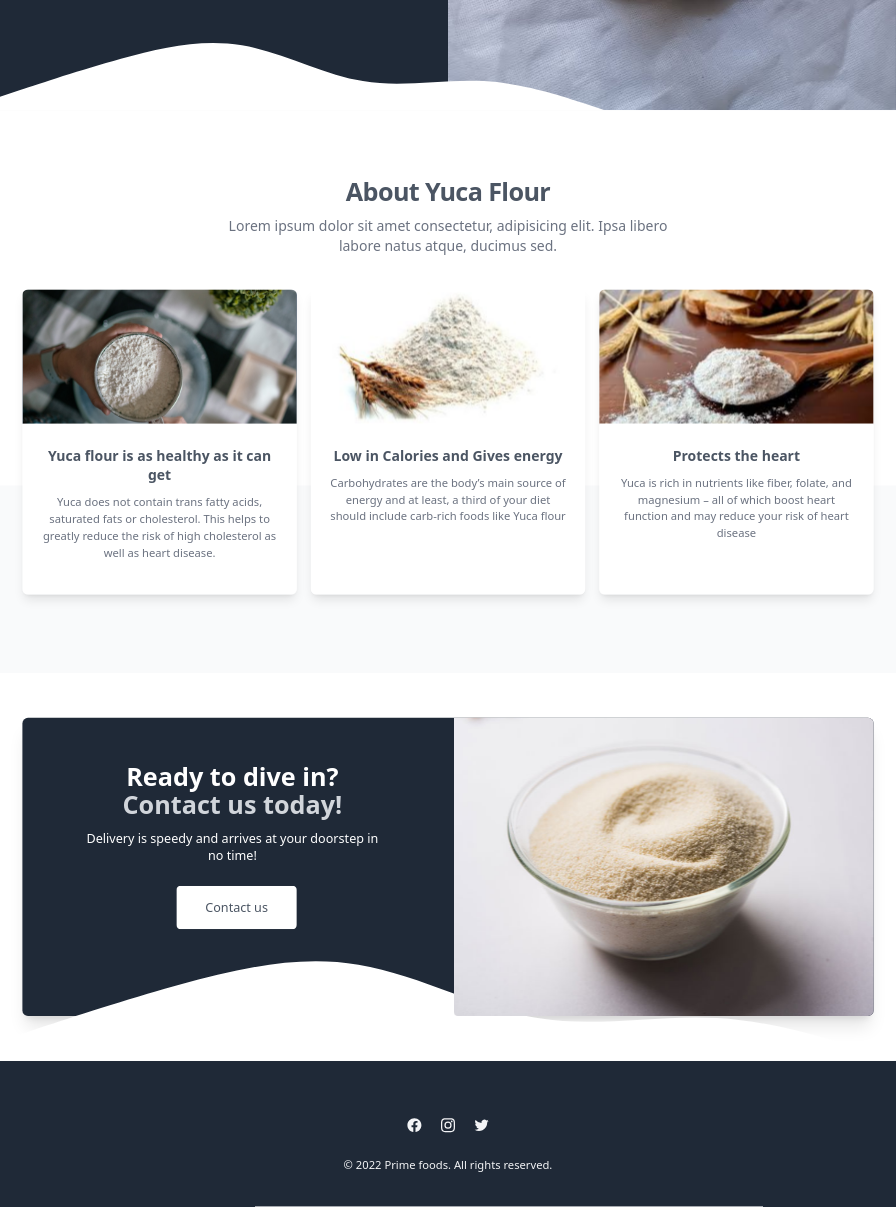
Repository: bellatrick/prime-foods
Page: /
The author's editor kept a copy of each file at every save. The page is drawn from the files as they stood at one save, then again after the next save.
The browser window is 1280 px wide. The pictures show the part of the page from y = 588 to 2488 px (the page is 2312 px tall before and 3164 px after), at 70% of full size.
Pictures or frames that could not be fetched are drawn as grey boxes. Some web fonts or font styles are not loaded; a fallback is used. The project was rebuilt for these pictures with package versions that can differ from the ones it lists, and the page was loaded fresh each time.

Above is the page before, as saved 2022-05-01 12:33:33.

### public/index.html
<!DOCTYPE html>
<html lang="en">
  <head>
    <meta charset="utf-8" />
    <link rel="icon" href="%PUBLIC_URL%/favicon.ico" />
    <meta name="viewport" content="width=device-width, initial-scale=1" />
    <meta name="theme-color" content="#000000" />
    <meta
      name="description"
      content="Web site created using create-react-app"
    />
    <link rel="apple-touch-icon" href="%PUBLIC_URL%/logo192.png" />
    <link rel="preconnect" href="https://fonts.googleapis.com" />
    <link rel="preconnect" href="https://fonts.gstatic.com" crossorigin />
    <link
      href="https://fonts.googleapis.com/css2?family=Dancing+Script:wght@400;500;600;700&family=Inter:wght@100;200;300;400;500;700;900&family=Kavoon&display=swap"
      rel="stylesheet"
    />
    <!--
      manifest.json provides metadata used when your web app is installed on a
      user's mobile device or desktop. See https://developers.google.com/web/fundamentals/web-app-manifest/
    -->
    <link rel="manifest" href="%PUBLIC_URL%/manifest.json" />
    <!--
      Notice the use of %PUBLIC_URL% in the tags above.
      It will be replaced with the URL of the `public` folder during the build.
      Only files inside the `public` folder can be referenced from the HTML.

      Unlike "/favicon.ico" or "favicon.ico", "%PUBLIC_URL%/favicon.ico" will
      work correctly both with client-side routing and a non-root public URL.
      Learn how to configure a non-root public URL by running `npm run build`.
    -->
    <title>React App</title>
  </head>
  <body>
    <noscript>You need to enable JavaScript to run this app.</noscript>
    <div id="root"></div>
    <!--
      This HTML file is a template.
      If you open it directly in the browser, you will see an empty page.

      You can add webfonts, meta tags, or analytics to this file.
      The build step will place the bundled scripts into the <body> tag.

      To begin the development, run `npm start` or `yarn start`.
      To create a production bundle, use `npm run build` or `yarn build`.
    -->
  </body>
</html>

### src/App.js
import Hero from './components/Hero'
import Features from './components/Features'
import Cta from './components/Cta'
import Footer from './components/Footer'
import Content from './components/Content'
import './App.css';

function App() {
  return (
    <div className="App">
     <Hero/>
     <Features/>
     <Cta/>
     <Footer/>
    </div>
  );
}

export default App;

### src/components/Hero.jsx
import { Popover } from "@headlessui/react";
import img1 from "../assets/img7.jpg";
import logo from "../assets/prime.jpg";
import Fade from "react-reveal/Fade";

export default function Example() {
  return (
    <div className="relative bg-gray-800">
      <Popover className="relative bg-white shadow">
        <div className="max-w-7xl mx-auto px-4 sm:px-6">
          <div className="flex justify-between items-center py-6  md:space-x-10">
            <div className="flex justify-start lg:w-0 lg:flex-1">
              <img
                src={logo}
                alt=""
                className="h-12 w-auto sm:h-12 object-fill"
              />
            </div>
            <div className="flex gap-8 text-white font-bold cursor-pointer  ">
              <a
                className="hover:bg-gray-400 hover:text-white w-32 py-2 text-white bg-gray-800 rounded-md"
                href="#About"
              >
                About{" "}
              </a>
              <a
                className="hover:bg-gray-400 hover:text-white w-32 py-2 text-white bg-gray-800 rounded-md"
                href="#contact-us"
              >
                Contact us
              </a>
            </div>
          </div>
        </div>
      </Popover>

      <main className="lg:relative">
        <div className="mx-auto max-w-7xl w-full pt-16 pb-20 text-center lg:py-48 lg:text-left">
          <div className="px-4 lg:w-1/2 sm:px-8 xl:pr-16">
            <Fade left opposite>
              <h1 className="text-4xl tracking-tight font-extrabold text-white sm:text-5xl md:text-6xl lg:text-5xl xl:text-6xl">
                <span className="block xl:inline">Yuca Flour</span>{" "}
              </h1>
            </Fade>
            <Fade right opposite>
              <p className="mt-3 max-w-md mx-auto text-lg text-gray-100 sm:text-xl md:mt-5 md:max-w-3xl">
                Yuca flour is a product of cassava. It is nutrient dense and
                provides all the nourishment your body needs to be fortified.
              </p>
            </Fade>

            <div className="mt-10 flex justify-center lg:justify-start">
              <div className="mt-3 sm:mt-0 sm:ml-3">
                <a
                  href="#About"
                  className="w-72 z-10 flex items-center justify-center px-8 py-2 border border-transparent text-base font-medium rounded-md hover:bg-gray-900 text-white bg-gray-400  cursor-pointer md:py-4 md:text-lg md:px-10"
                >
                  Learn more
                </a>
              </div>
            </div>
          </div>
        </div>

        <Fade bottom opposite>
          <div className="relative w-full h-64 sm:h-72 md:h-96 lg:absolute lg:inset-y-0 lg:right-0 lg:w-1/2 lg:h-full">
            <img
              className="absolute inset-0 w-full h-full object-cover"
              src={img1}
              alt=""
            />
          </div>
        </Fade>
      </main>

      <div className="absolute bottom-0 left-0 right-0 w-full">
        <svg
          xmlns="http://www.w3.org/2000/svg"
          viewBox="0 0 1440 320"
          className="h-48  z-0"
        >
          <path
            fill="#fff"
            fill-opacity="1"
            d="M0,288L48,272C96,256,192,224,288,197.3C384,171,480,149,576,165.3C672,181,768,235,864,250.7C960,267,1056,245,1152,250.7C1248,256,1344,288,1392,304L1440,320L1440,320L1392,320C1344,320,1248,320,1152,320C1056,320,960,320,864,320C768,320,672,320,576,320C480,320,384,320,288,320C192,320,96,320,48,320L0,320Z"
          ></path>
        </svg>
      </div>
    </div>
  );
}

### src/components/Features.jsx
import img1 from "../assets/img2.jpg";
import img2 from "../assets/img3.png";
import img3 from "../assets/img4.jfif";
import Fade from "react-reveal/Fade";
const posts = [
  {
    title: "Yuca flour is as healthy as it can get",
    description:
      "Yuca does not contain trans fatty acids, saturated fats or cholesterol. This helps to greatly reduce the risk of high cholesterol as well as heart disease.",
    imageUrl: img2,
  },
  {
    title: " Low in Calories and Gives energy",
    description:
      "Carbohydrates are the body’s main source of energy and at least, a third of your diet should include carb-rich foods like Yuca flour",
    imageUrl: img1,

  },
  {
    title: "Protects the heart",
    description:
      "Yuca is rich in nutrients like fiber, folate, and magnesium – all of which boost heart function and may reduce your risk of heart disease",
    imageUrl: img3,
  },
];

export default function Example() {
  return (
    <div className="relative bg-gray-50 pt-16 pb-20 px-4 sm:px-6 lg:pt-24 lg:pb-28 lg:px-8" id='About'>
      <div className="absolute inset-0">
        <div className="bg-white h-1/3 sm:h-2/3" />
      </div>
      <div className="relative max-w-7xl mx-auto">
        <div className="text-center">
          <h2 className="text-3xl tracking-tight font-extrabold text-gray-600 sm:text-4xl">
            About Yuca Flour
          </h2>
          <p className="mt-3 max-w-2xl mx-auto text-xl text-gray-500 sm:mt-4">
            Lorem ipsum dolor sit amet consectetur, adipisicing elit. Ipsa
            libero labore natus atque, ducimus sed.
          </p>
        </div>
        <>
          <div className="mt-12 max-w-lg mx-auto grid gap-5 lg:grid-cols-3 lg:max-w-none">
            {posts.map((post) => (
              <Fade cascade opposite left>
                <div
                  key={post.title}
                  className="flex flex-col rounded-lg shadow-lg overflow-hidden"
                >
                  <div className="flex-shrink-0">
                    <img
                      className="h-48 w-full object-cover"
                      src={post.imageUrl}
                      alt="feature img"
                    />
                  </div>
                  <div className="flex-1 bg-white p-6 flex flex-col justify-between">
                    <div className="flex-1">
                      <a href={post.href} className="block mt-2">
                        <p className="text-xl font-semibold text-gray-600">
                          {post.title}
                        </p>
                        <p className="mt-3 text-base text-gray-500">
                          {post.description}
                        </p>
                      </a>
                    </div>
                    <div className="mt-6 flex items-center"></div>
                  </div>
                </div>
              </Fade>
            ))}
          </div>
        </>
      </div>
    </div>
  );
}

### src/components/Cta.jsx
import img1 from "../assets/img9.jpg";
import Slide from "react-reveal/Slide";
import Fade from "react-reveal/Fade";
export default function Example() {
  return (
    <div className="bg-white relative" id="contact-us">
         <div className="absolute bottom-0 left-0 right-0">
        <svg xmlns="http://www.w3.org/2000/svg" viewBox="0 0 1440 320">
          <path
            fill="#fff"
            fill-opacity="1"
            d="M0,288L48,272C96,256,192,224,288,197.3C384,171,480,149,576,165.3C672,181,768,235,864,250.7C960,267,1056,245,1152,250.7C1248,256,1344,288,1392,304L1440,320L1440,320L1392,320C1344,320,1248,320,1152,320C1056,320,960,320,864,320C768,320,672,320,576,320C480,320,384,320,288,320C192,320,96,320,48,320L0,320Z"
          ></path>
        </svg>
      </div>
      <div className="max-w-7xl mx-auto py-16 px-4 sm:px-6 lg:px-8">
        <div className="bg-gray-800 rounded-lg shadow-xl overflow-hidden lg:grid lg:grid-cols-2 lg:gap-4">
          <div className="pt-6 pb-12 px-6 sm:pt-10 sm:px-16 lg:py-16 lg:pr-0 xl:py-16 xl:px-20">
            <div className="lg:self-center">
              <h2 className="text-2xl font-extrabold text-white sm:text-4xl">
                <Fade left>
                  <span className="block">Ready to dive in?</span>
                </Fade>
                <Fade right>
                  {" "}
                  <span className="block text-gray-300">Contact us today!</span>
                </Fade>
              </h2>
              <Slide left>
                {" "}
                <p className="mt-4 text-lg leading-6 text-white">
                  Delivery is speedy and arrives at your doorstep in no time!
                </p>
              </Slide>
              <Slide left>
                <div className="mt-4 flex justify-center sm:mt-8 sm:ml-3 cursor-pointer">
                  <a
                    href={`https://wa.me/${'+2348108932677'}/?text=${'Hello, i just got off your website and i would like to...'}`}
                    rel="noreferrer"
                    className=" flex items-center justify-center px-8 py-3 border border-transparent text-base font-medium rounded-md bg-white text-gray-600 hover:bg-gray-400 hover:text-white cursor-pointer md:py-4 md:text-lg md:px-10"
                  >
                    Contact us
                  </a>
                </div>
              </Slide>
            </div>
          </div>{" "}
          <div className="-mt-6 aspect-w-5 aspect-h-3 md:aspect-w-2 md:aspect-h-1">
            <Slide right>
              <img
                className="transform translate-x-6 translate-y-6 rounded-md object-cover object-left-top sm:translate-x-16 lg:translate-y-20"
                src={img1}
                alt="App screenshot"
              />
            </Slide>
          </div>
        </div>
      </div>

    </div>
  );
}

### src/components/Footer.jsx
/* This example requires Tailwind CSS v2.0+ */
const navigation = {
    social: [
      {
        name: 'Facebook',
        href: '#',
        icon: (props) => (
          <svg fill="currentColor" viewBox="0 0 24 24" {...props}>
            <path
              fillRule="evenodd"
              d="M22 12c0-5.523-4.477-10-10-10S2 6.477 2 12c0 4.991 3.657 9.128 8.438 9.878v-6.987h-2.54V12h2.54V9.797c0-2.506 1.492-3.89 3.777-3.89 1.094 0 2.238.195 2.238.195v2.46h-1.26c-1.243 0-1.63.771-1.63 1.562V12h2.773l-.443 2.89h-2.33v6.988C18.343 21.128 22 16.991 22 12z"
              clipRule="evenodd"
            />
          </svg>
        ),
      },
      {
        name: 'Instagram',
        href: '#',
        icon: (props) => (
          <svg fill="currentColor" viewBox="0 0 24 24" {...props}>
            <path
              fillRule="evenodd"
              d="M12.315 2c2.43 0 2.784.013 3.808.06 1.064.049 1.791.218 2.427.465a4.902 4.902 0 011.772 1.153 4.902 4.902 0 011.153 1.772c.247.636.416 1.363.465 2.427.048 1.067.06 1.407.06 4.123v.08c0 2.643-.012 2.987-.06 4.043-.049 1.064-.218 1.791-.465 2.427a4.902 4.902 0 01-1.153 1.772 4.902 4.902 0 01-1.772 1.153c-.636.247-1.363.416-2.427.465-1.067.048-1.407.06-4.123.06h-.08c-2.643 0-2.987-.012-4.043-.06-1.064-.049-1.791-.218-2.427-.465a4.902 4.902 0 01-1.772-1.153 4.902 4.902 0 01-1.153-1.772c-.247-.636-.416-1.363-.465-2.427-.047-1.024-.06-1.379-.06-3.808v-.63c0-2.43.013-2.784.06-3.808.049-1.064.218-1.791.465-2.427a4.902 4.902 0 011.153-1.772A4.902 4.902 0 015.45 2.525c.636-.247 1.363-.416 2.427-.465C8.901 2.013 9.256 2 11.685 2h.63zm-.081 1.802h-.468c-2.456 0-2.784.011-3.807.058-.975.045-1.504.207-1.857.344-.467.182-.8.398-1.15.748-.35.35-.566.683-.748 1.15-.137.353-.3.882-.344 1.857-.047 1.023-.058 1.351-.058 3.807v.468c0 2.456.011 2.784.058 3.807.045.975.207 1.504.344 1.857.182.466.399.8.748 1.15.35.35.683.566 1.15.748.353.137.882.3 1.857.344 1.054.048 1.37.058 4.041.058h.08c2.597 0 2.917-.01 3.96-.058.976-.045 1.505-.207 1.858-.344.466-.182.8-.398 1.15-.748.35-.35.566-.683.748-1.15.137-.353.3-.882.344-1.857.048-1.055.058-1.37.058-4.041v-.08c0-2.597-.01-2.917-.058-3.96-.045-.976-.207-1.505-.344-1.858a3.097 3.097 0 00-.748-1.15 3.098 3.098 0 00-1.15-.748c-.353-.137-.882-.3-1.857-.344-1.023-.047-1.351-.058-3.807-.058zM12 6.865a5.135 5.135 0 110 10.27 5.135 5.135 0 010-10.27zm0 1.802a3.333 3.333 0 100 6.666 3.333 3.333 0 000-6.666zm5.338-3.205a1.2 1.2 0 110 2.4 1.2 1.2 0 010-2.4z"
              clipRule="evenodd"
            />
          </svg>
        ),
      },
      {
        name: 'Twitter',
        href: '#',
        icon: (props) => (
          <svg fill="currentColor" viewBox="0 0 24 24" {...props}>
            <path d="M8.29 20.251c7.547 0 11.675-6.253 11.675-11.675 0-.178 0-.355-.012-.53A8.348 8.348 0 0022 5.92a8.19 8.19 0 01-2.357.646 4.118 4.118 0 001.804-2.27 8.224 8.224 0 01-2.605.996 4.107 4.107 0 00-6.993 3.743 11.65 11.65 0 01-8.457-4.287 4.106 4.106 0 001.27 5.477A4.072 4.072 0 012.8 9.713v.052a4.105 4.105 0 003.292 4.022 4.095 4.095 0 01-1.853.07 4.108 4.108 0 003.834 2.85A8.233 8.233 0 012 18.407a11.616 11.616 0 006.29 1.84" />
          </svg>
        ),
      },
    ],
  }

  export default function Example() {
    return (
      <footer className="bg-gray-800">
        <div className="max-w-7xl mx-auto py-12 px-4 overflow-hidden sm:px-6 lg:px-8">
          <div className="mt-8 flex justify-center space-x-6">
            {navigation.social.map((item) => (
              <a key={item.name} href={item.href} className="text-gray-100 hover:text-gray-200">
                <span className="sr-only">{item.name}</span>
                <item.icon className="h-6 w-6" aria-hidden="true" />
              </a>
            ))}
          </div>
          <p className="mt-8 text-center text-base text-gray-100">&copy; 2022 Prime foods. All rights reserved.</p>
        </div>
      </footer>
    )
  }

### tailwind.config.js
module.exports = {
  content: ["./src/**/*.{js,jsx,ts,tsx}"],
  theme: {
    extend: {
      colors: {
        primary: "#do380c",
      },
      fontFamily: {
        body: ["Inter", "sans-serif"],
        logo: ["Dancing Script", "cursive"],
      },
    },
  },
  plugins: [],
};

### src/components/Content.jsx

  export default function Example() {
    return (
      <div className="relative bg-white py-16 sm:py-24">
        <div className="lg:mx-auto lg:max-w-7xl lg:px-8 lg:grid lg:grid-cols-2 lg:gap-24 lg:items-start">
          <div className="relative sm:py-16 lg:py-0">
            <div aria-hidden="true" className="hidden sm:block lg:absolute lg:inset-y-0 lg:right-0 lg:w-screen">
              <div className="absolute inset-y-0 right-1/2 w-full bg-gray-50 rounded-r-3xl lg:right-72" />
              <svg
                className="absolute top-8 left-1/2 -ml-3 lg:-right-8 lg:left-auto lg:top-12"
                width={404}
                height={392}
                fill="none"
                viewBox="0 0 404 392"
              >
                <defs>
                  <pattern
                    id="02f20b47-fd69-4224-a62a-4c9de5c763f7"
                    x={0}
                    y={0}
                    width={20}
                    height={20}
                    patternUnits="userSpaceOnUse"
                  >
                    <rect x={0} y={0} width={4} height={4} className="text-gray-200" fill="currentColor" />
                  </pattern>
                </defs>
                <rect width={404} height={392} fill="url(#02f20b47-fd69-4224-a62a-4c9de5c763f7)" />
              </svg>
            </div>
            <div className="relative mx-auto max-w-md px-4 sm:max-w-3xl sm:px-6 lg:px-0 lg:max-w-none lg:py-20">
              {/* Testimonial card*/}
              <div className="relative pt-64 pb-10 rounded-2xl shadow-xl overflow-hidden">
                <img
                  className="absolute inset-0 h-full w-full object-cover"
                  src="https://images.unsplash.com/photo-1521510895919-46920266ddb3?ixid=MXwxMjA3fDB8MHxwaG90by1wYWdlfHx8fGVufDB8fHw%3D&ixlib=rb-1.2.1&auto=format&fit=crop&fp-x=0.5&fp-y=0.6&fp-z=3&width=1440&height=1440&sat=-100"
                  alt=""
                />
                <div className="absolute inset-0 bg-indigo-500 mix-blend-multiply" />
                <div className="absolute inset-0 bg-gradient-to-t from-indigo-600 via-indigo-600 opacity-90" />
                <div className="relative px-8">
                  <div>
                    <img
                      className="h-12"
                      src="https://tailwindui.com/img/logos/workcation.svg?color=white"
                      alt="Workcation"
                    />
                  </div>
                  <blockquote className="mt-8">
                    <div className="relative text-lg font-medium text-white md:flex-grow">
                      <svg
                        className="absolute top-0 left-0 transform -translate-x-3 -translate-y-2 h-8 w-8 text-indigo-400"
                        fill="currentColor"
                        viewBox="0 0 32 32"
                        aria-hidden="true"
                      >
                        <path d="M9.352 4C4.456 7.456 1 13.12 1 19.36c0 5.088 3.072 8.064 6.624 8.064 3.36 0 5.856-2.688 5.856-5.856 0-3.168-2.208-5.472-5.088-5.472-.576 0-1.344.096-1.536.192.48-3.264 3.552-7.104 6.624-9.024L9.352 4zm16.512 0c-4.8 3.456-8.256 9.12-8.256 15.36 0 5.088 3.072 8.064 6.624 8.064 3.264 0 5.856-2.688 5.856-5.856 0-3.168-2.304-5.472-5.184-5.472-.576 0-1.248.096-1.44.192.48-3.264 3.456-7.104 6.528-9.024L25.864 4z" />
                      </svg>
                      <p className="relative">
                        Tincidunt integer commodo, cursus etiam aliquam neque, et. Consectetur pretium in volutpat, diam.
                        Montes, magna cursus nulla feugiat dignissim id lobortis amet.
                      </p>
                    </div>

                    <footer className="mt-4">
                      <p className="text-base font-semibold text-indigo-200">Sarah Williams, CEO at Workcation</p>
                    </footer>
                  </blockquote>
                </div>
              </div>
            </div>
          </div>

          <div className="relative mx-auto max-w-md px-4 sm:max-w-3xl sm:px-6 lg:px-0">
            {/* Content area */}
            <div className="pt-12 sm:pt-16 lg:pt-20">
              <h2 className="text-3xl text-gray-900 font-extrabold tracking-tight sm:text-4xl">
                On a mission to empower teams
              </h2>
              <div className="mt-6 text-gray-500 space-y-6">

                <p className="text-base leading-7">
                  Rhoncus nisl, libero egestas diam fermentum dui. At quis tincidunt vel ultricies. Vulputate aliquet
                  velit faucibus semper. Pellentesque in venenatis vestibulum consectetur nibh id. In id ut tempus
                  egestas. Enim sit aliquam nec, a. Morbi enim fermentum lacus in. Viverra.
                </p>
              </div>
            </div>


          </div>
        </div>
      </div>
    )
  }

Loaded but not shown: src/index.js (common file); src/index.css (common file); src/reportWebVitals.js (common file); src/App.css (common file)

After the next save:
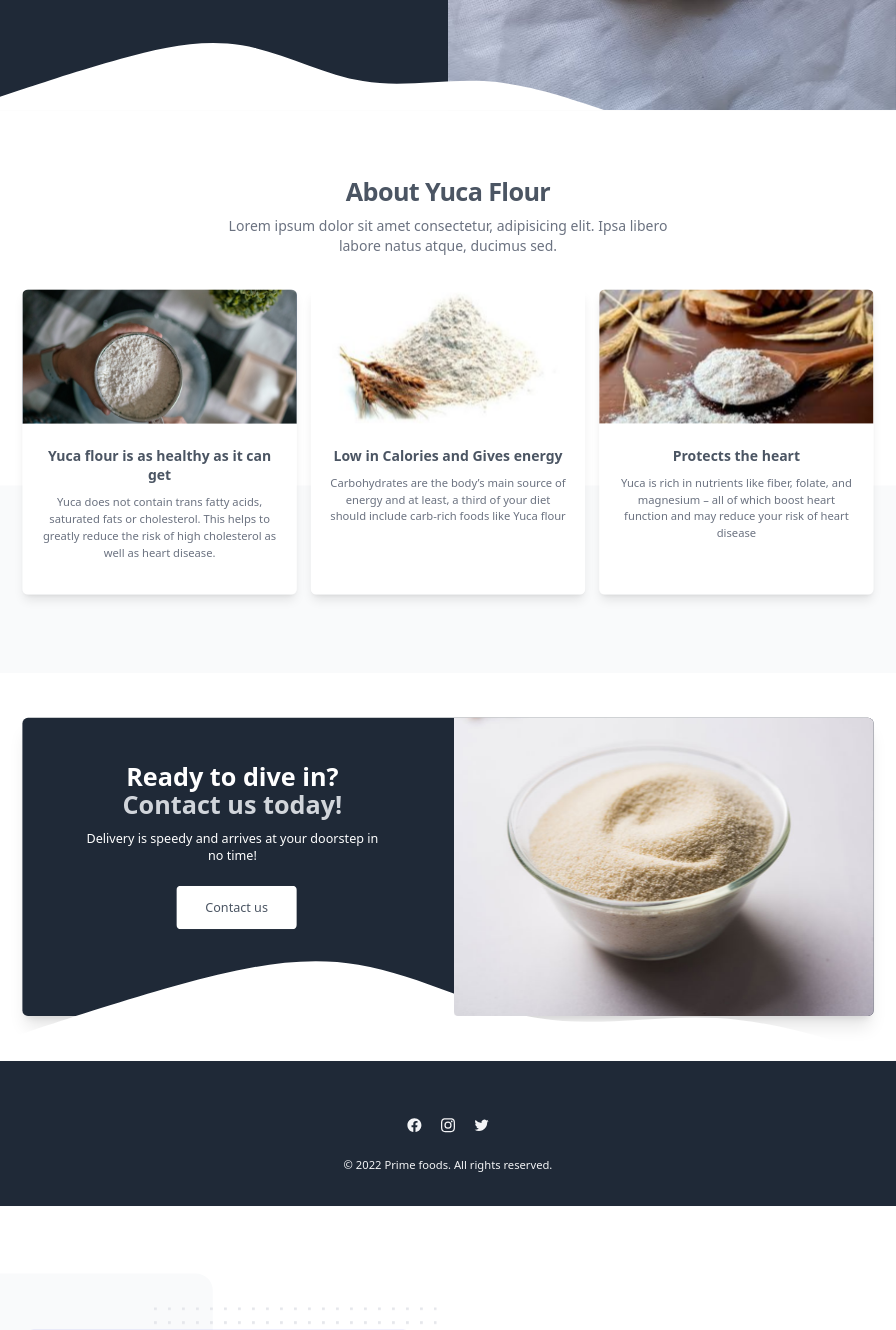
Saved 5 s later.
--- a/src/App.js
+++ b/src/App.js
@@ -12,6 +12,7 @@ function App() {
      <Features/>
      <Cta/>
      <Footer/>
+     <Content/>
     </div>
   );
 }
